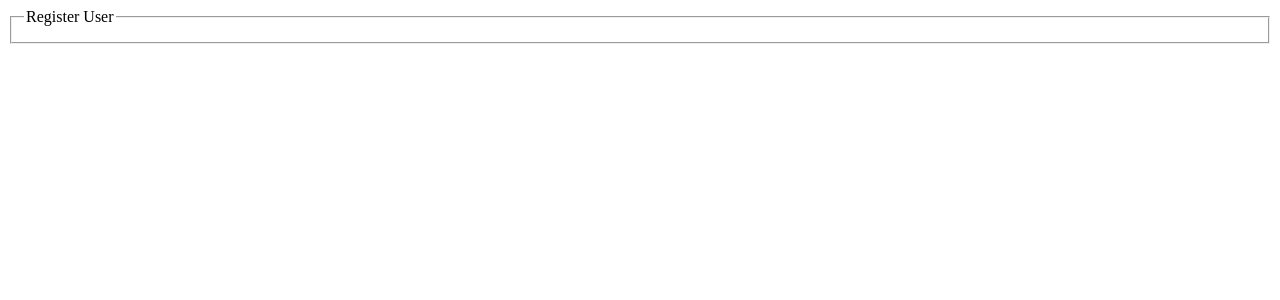
Repository: rcpanda15594/JavaScript_Project
Page: HTMLJAVASCRIPT/WebContent/NewFile.html
An editor plug-in stored every save of this project. The page is shown before and after the next save, followed by the edit.
The browser window is 1280 px wide. The pictures show the whole page.

Above is the page before, as saved 2018-03-21 03:58:46.

After the next save:
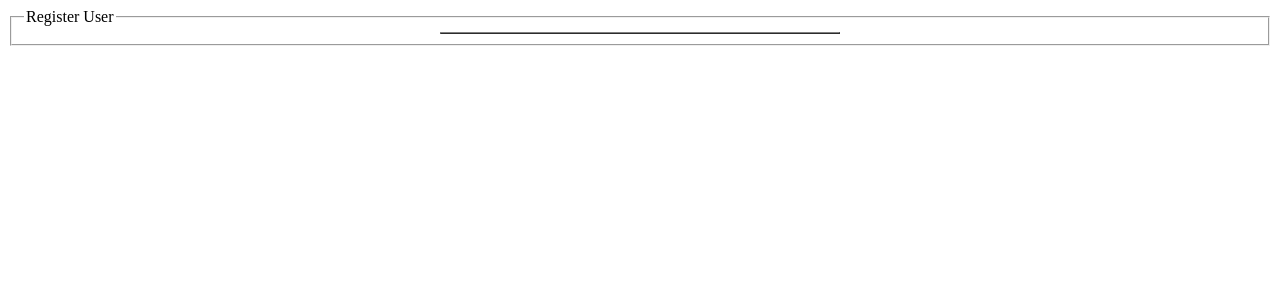
Saved 85 s later.
--- a/HTMLJAVASCRIPT/WebContent/NewFile.html
+++ b/HTMLJAVASCRIPT/WebContent/NewFile.html
@@ -33,6 +33,7 @@ if(male.checked){
 <form >
 <fieldset id="register">
 <legend>Register User</legend>
+<table width="400" align="center" border="1"></table>
 </fieldset>
 
 </form>
